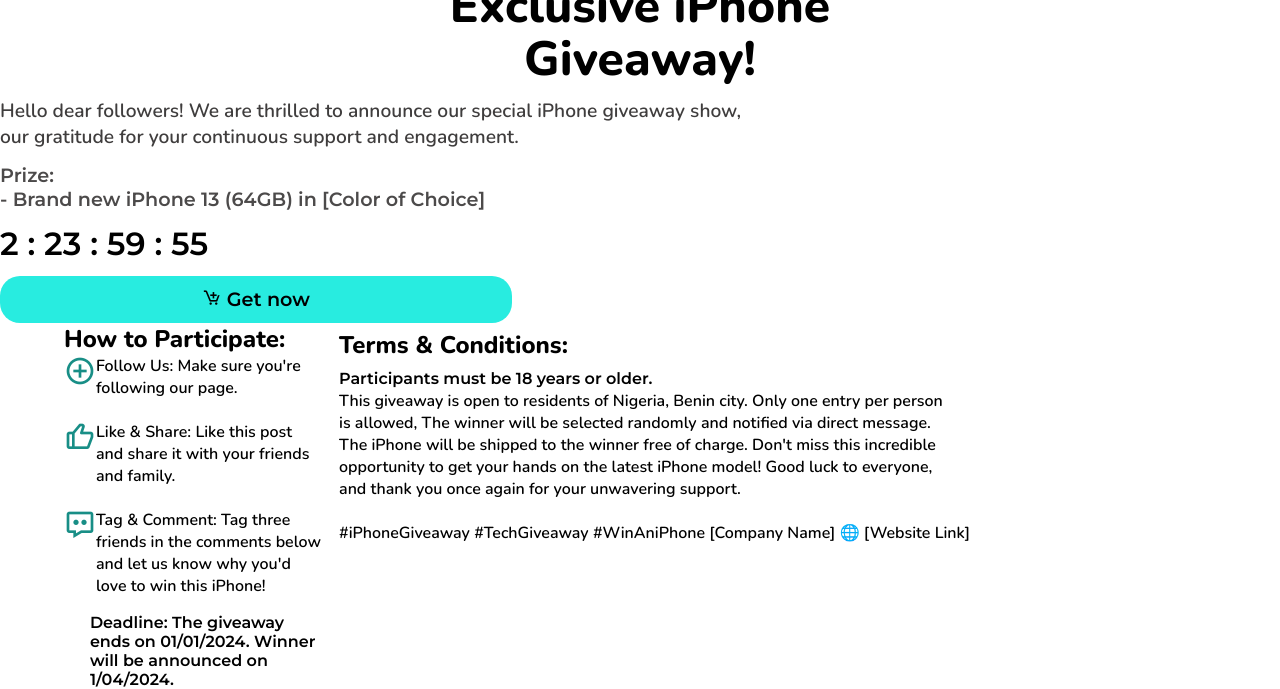
Repository: pasafista/freebie-iphone-webpage
Page: index.html
An editor plug-in stored every save of this project. The page is shown before and after the next save, followed by the edit.
The browser window is 1280 px wide. The pictures show the part of the page from y = 792 to 1481 px (the page is 1481 px tall before and 1460 px after).
A picture or video elsewhere on the page could not be fetched, so the positions and the page height are approximate.

Above is the page before, as saved 2024-01-02 00:43:23.

After the next save:
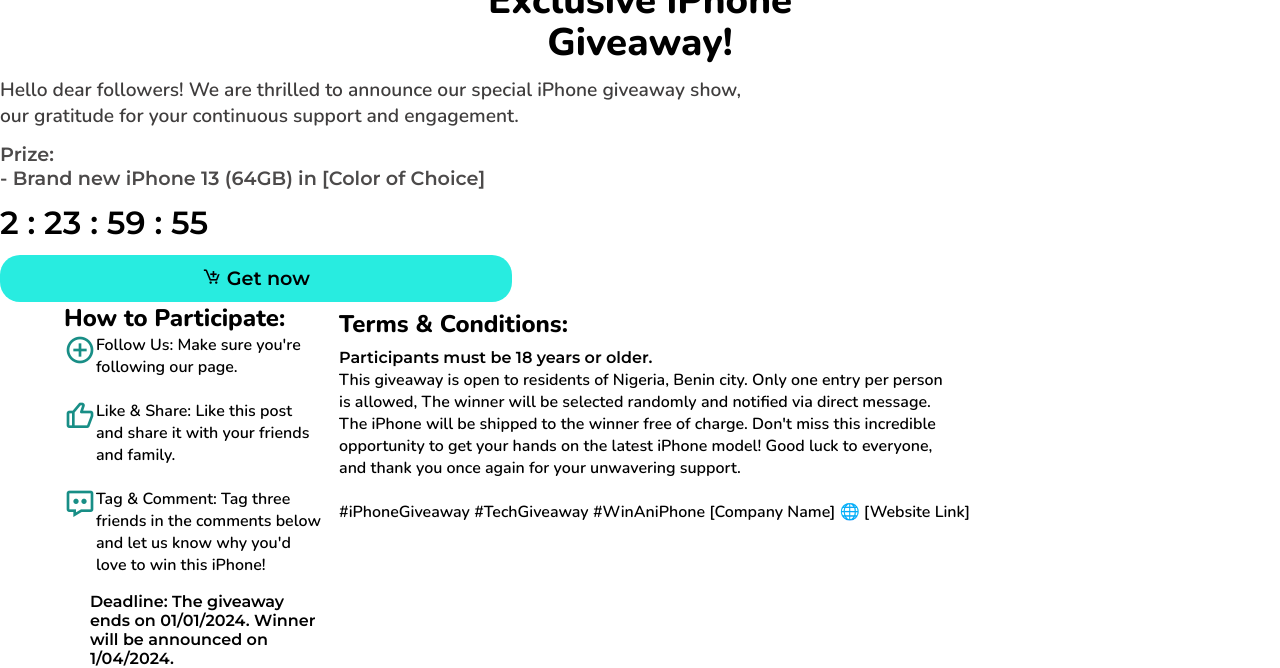
Saved 7 s later.
--- a/style.css
+++ b/style.css
@@ -143,6 +143,6 @@
 
     .hero-txt h1{
         text-align: center;
-        font-size: 3rem;
+        font-size: 2.4rem;
     }
 }
